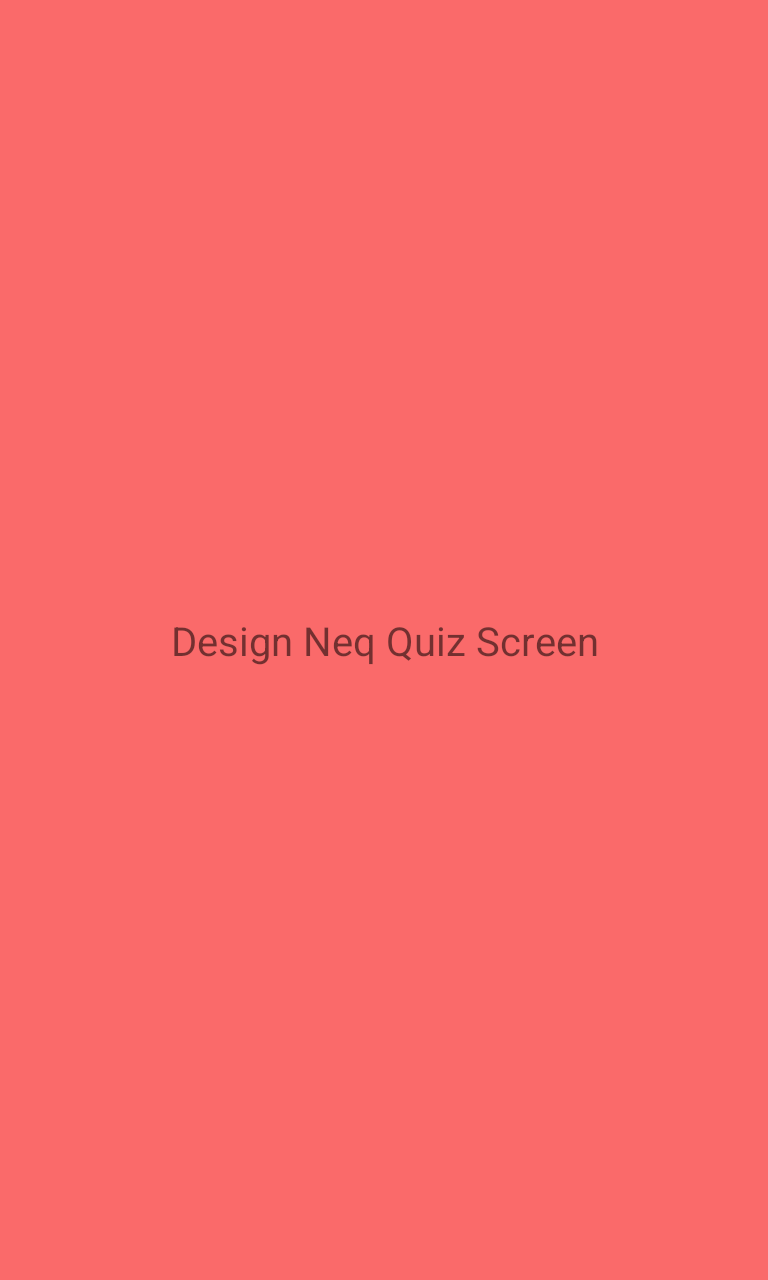
Repository: quantumlicht/android-capstone
Layout: capstone_client/res/layout/fragment_new_quiz.xml
These files come from the project's save history. The layout is drawn as it stood at one moment and after the next save; the edit follows.
It is drawn on a 768 x 1280 px phone screen (xhdpi) without system bars, with theme AppTheme; the app's code is not run. The app's manifest (not shown) leaves right-to-left support off. So textAlignment, textDirection and layoutDirection are ignored, and left and right values win over start and end ones.

Above is the layout before, as saved 2014-11-06 00:47:37.

### capstone_client/res/layout/fragment_new_quiz.xml
<?xml version="1.0" encoding="utf-8"?>
<RelativeLayout xmlns:android="http://schemas.android.com/apk/res/android"
    android:layout_width="match_parent"
    android:layout_height="match_parent"
    android:orientation="vertical"
    android:background="#fa6a6a" >

    <TextView android:layout_width="fill_parent"
        android:layout_height="wrap_content"
        android:gravity="center"
        android:text="Design Neq Quiz Screen"
        android:textSize="20dp"
        android:layout_centerInParent="true"/>
</RelativeLayout>

### capstone_client/res/values/styles.xml
<resources>

    <!--
        Base application theme, dependent on API level. This theme is replaced
        by AppBaseTheme from res/values-vXX/styles.xml on newer devices.
    -->
    <style name="AppBaseTheme" parent="Theme.AppCompat.Light">
        <!--
            Theme customizations available in newer API levels can go in
            res/values-vXX/styles.xml, while customizations related to
            backward-compatibility can go here.
        -->
    </style>

    <!-- Application theme. -->
    <style name="AppTheme" parent="AppBaseTheme">
        <!-- All customizations that are NOT specific to a particular API-level can go here. -->
    </style>

    <declare-styleable name="FragmentArguments">
    	<attr name="android:label" />
	</declare-styleable>

</resources>

Loaded but not shown: capstone_client/res/values-v11/styles.xml (common file); capstone_client/res/values-v14/styles.xml (common file)

After the next save:
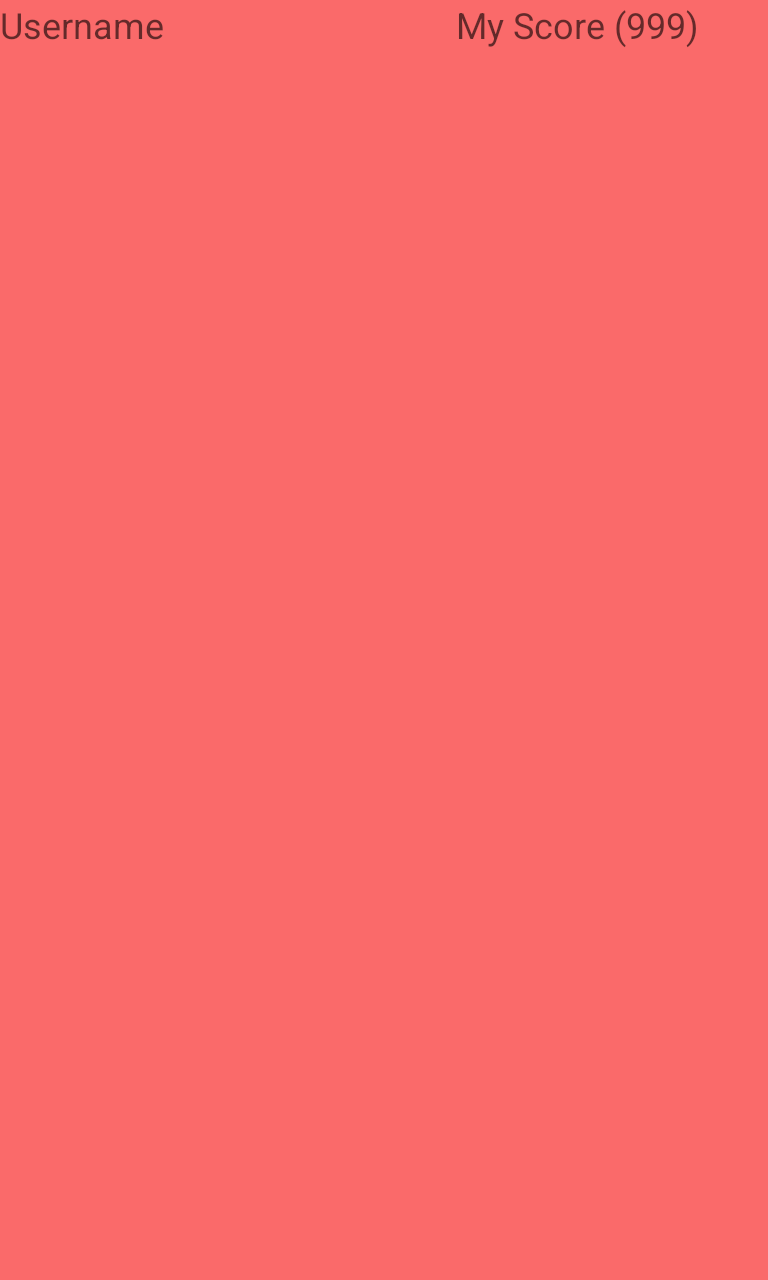
Saved 31 s later.
--- a/capstone_client/res/layout/fragment_new_quiz.xml
+++ b/capstone_client/res/layout/fragment_new_quiz.xml
@@ -5,10 +5,23 @@
     android:orientation="vertical"
     android:background="#fa6a6a" >
 
-    <TextView android:layout_width="fill_parent"
+        <TextView
+        android:id="@+id/textView1"
+        android:layout_width="wrap_content"
         android:layout_height="wrap_content"
-        android:gravity="center"
-        android:text="Design Neq Quiz Screen"
-        android:textSize="20dp"
-        android:layout_centerInParent="true"/>
+        android:layout_alignParentLeft="true"
+        android:layout_alignParentTop="true"
+        android:text="Username"
+        android:textAppearance="?android:attr/textAppearanceMedium" />
+
+    <TextView
+        android:id="@+id/textView2"
+        android:layout_width="156dp"
+        android:layout_height="wrap_content"
+        android:layout_alignParentRight="true"
+        android:layout_alignParentTop="true"
+        android:gravity="fill_horizontal|right"
+        android:text="My Score (999)"
+        android:textAlignment="gravity"
+        android:textAppearance="?android:attr/textAppearanceMedium" />
 </RelativeLayout>
